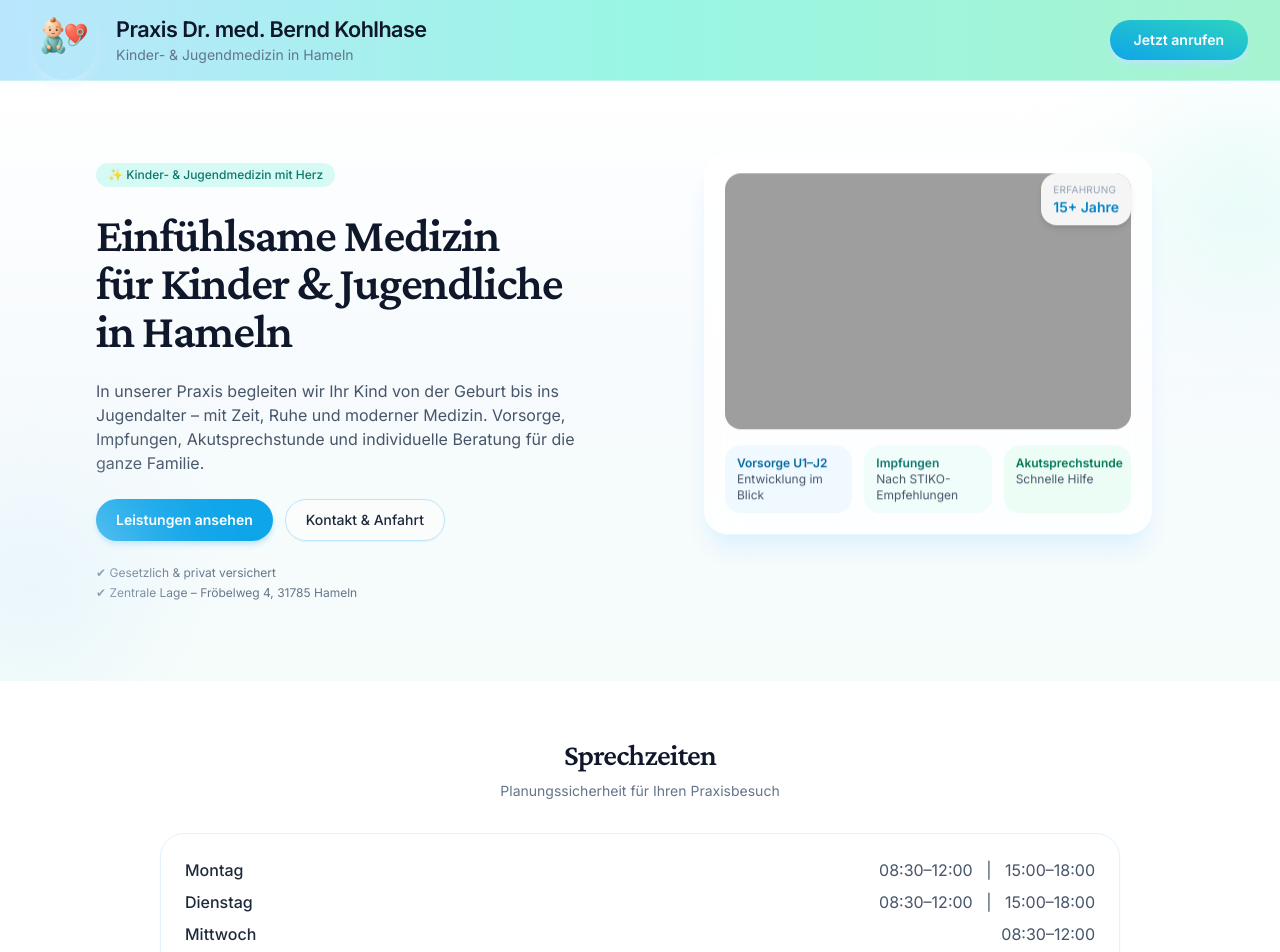
Repository: NikolajMalisch/kinderartz-web
Page: index.html
These files come from the project's save history. The page is drawn as it stood at one moment and after the next save; the edit follows.
The browser window is 1280 px wide. The pictures show the part of the page from y = 0 to 952 px (the page is 2607 px tall).
Pictures or frames that could not be fetched are drawn as grey boxes. Some web libraries are served in a nearby version.

Above is the page before, as saved 2025-12-11 21:39:02.

After the next save:
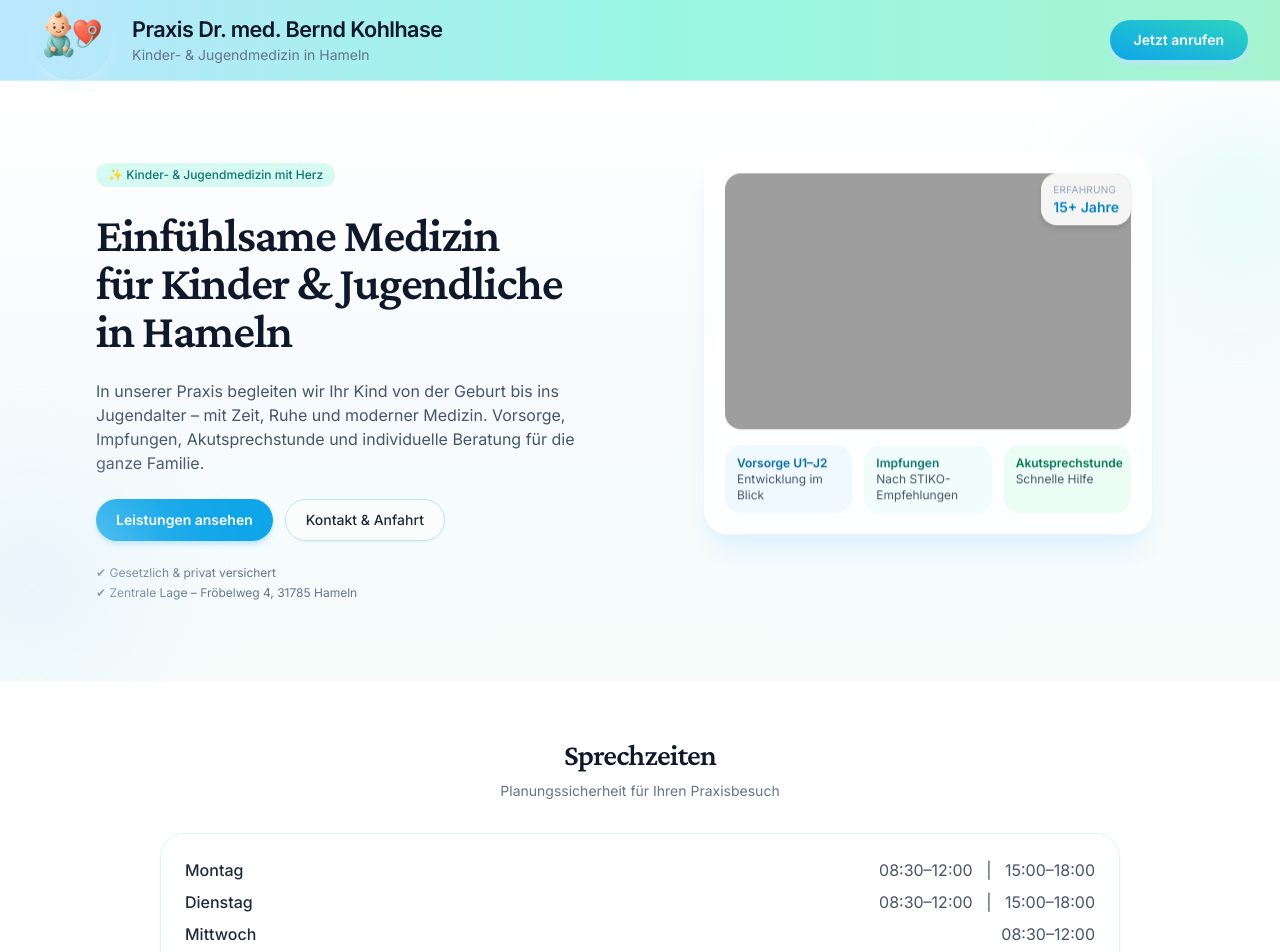
Saved 6 s later.
--- a/index.html
+++ b/index.html
@@ -70,7 +70,7 @@
             <div class="flex items-center gap-5">
     <img src="images/2[1].webp"
         alt="Praxis Logo"
-        class="h-20 w-16 object-contain rounded-full shadow-lg shadow-sky-100/40" />
+        class="h-20 w-20 object-contain rounded-full shadow-lg shadow-sky-100/40" />
 
     <div class="flex flex-col justify-center leading-snug">
         <span class="text-[1.35rem] font-semibold text-slate-900 tracking-tight">
